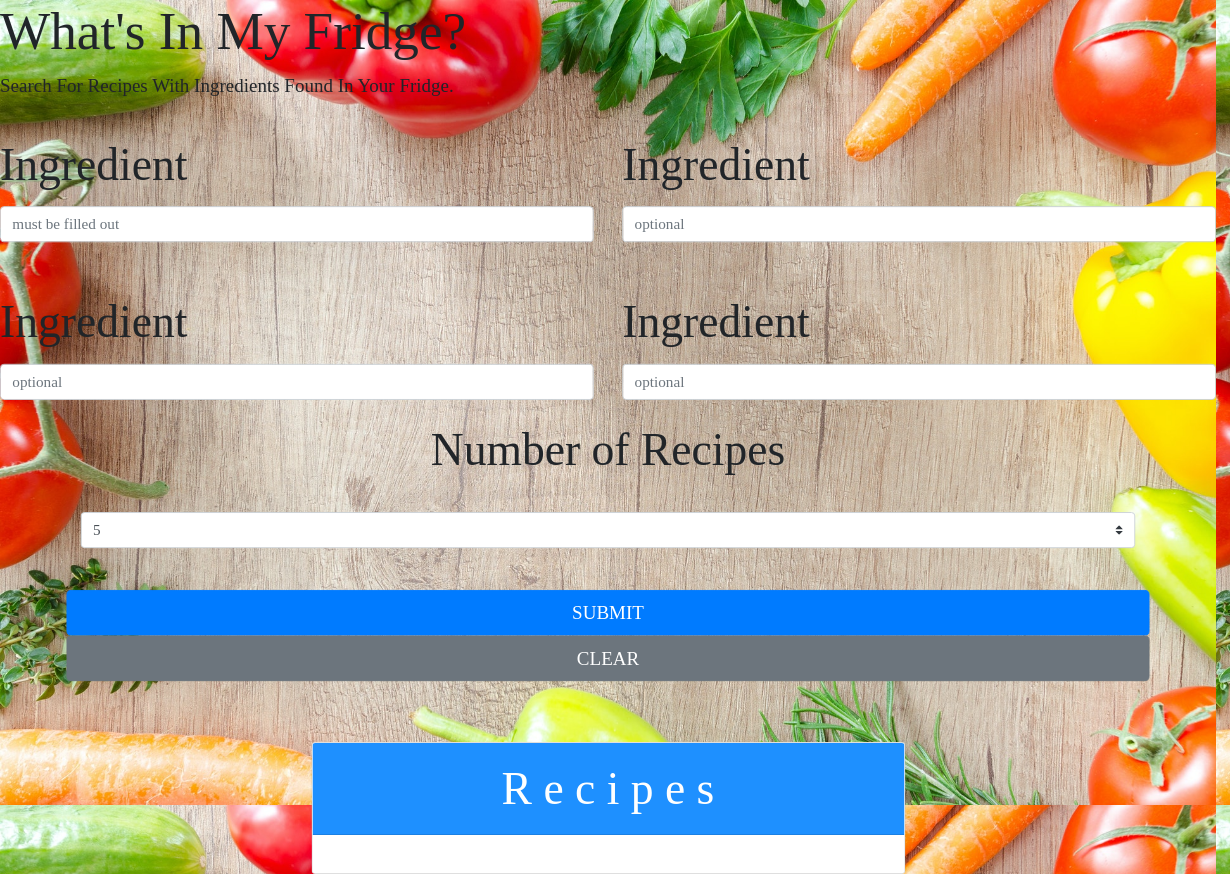
Repository: ogipajic/Recipe_API
Page: index.html
These files come from the project's save history. The page is drawn as it stood at one moment and after the next save; the edit follows.
The browser window is 1280 px wide. The page is 1295 px wide, so the pictures cover 1295 px, including what lies to the right of the window. The pictures show the whole page, at 95% of full size.
Backgrounds fixed to the window are drawn as part of the page. Some web fonts or font styles are not loaded; a fallback is used.

Above is the page before, as saved 2020-07-13 13:23:00.
Console error: SyntaxError: Unexpected end of input

After the next save:
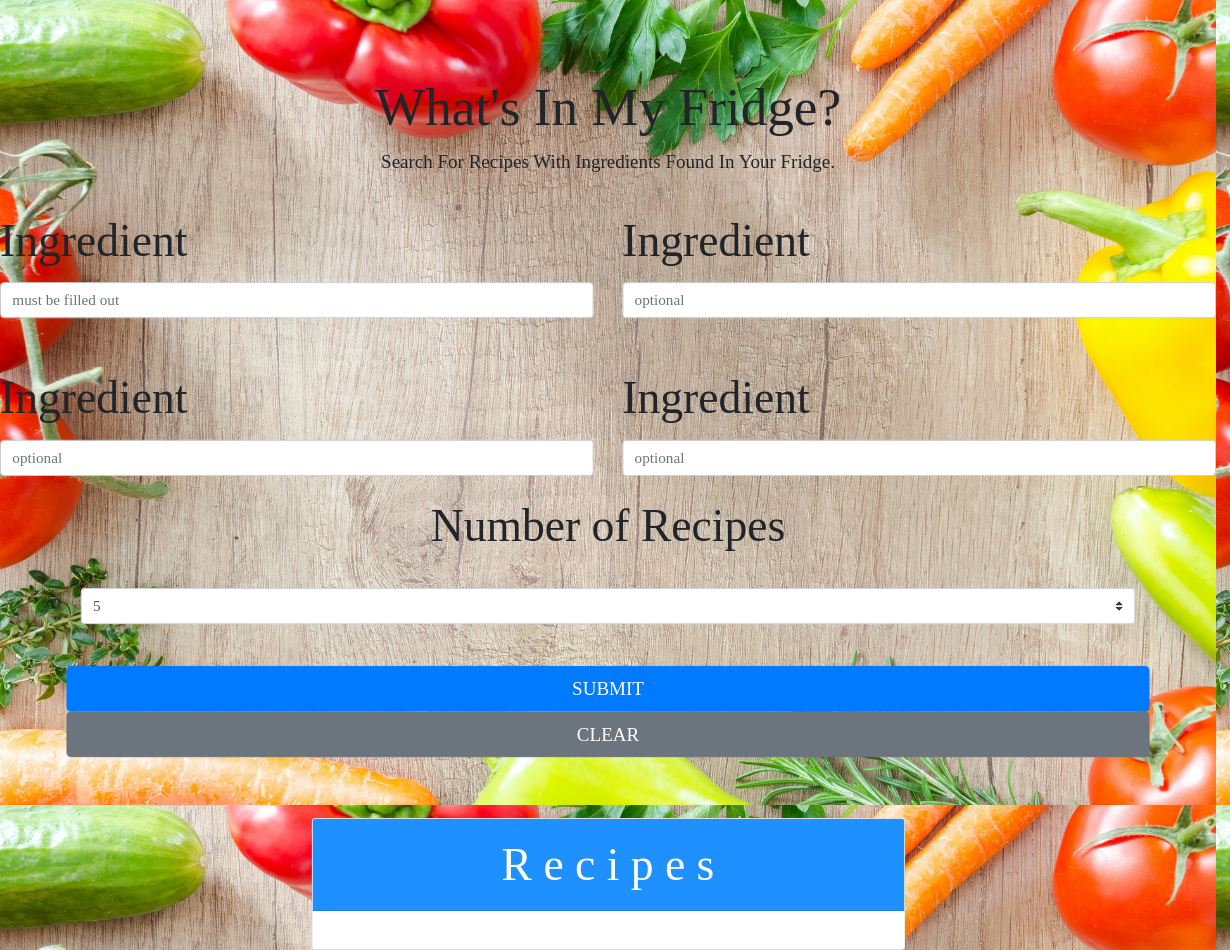
Saved 109 s later.
--- a/stylesheet.css
+++ b/stylesheet.css
@@ -10,12 +10,9 @@ body {
 }
 
 /* Font and image within jumbotron */
-.jumbotron {
+.header {
     text-align: center;
-    font-family: 'Annie Use Your Telescope', cursive;
-    background: url(Assets/agriculture-bright-cereal-close-up-547263.jpg);
-    background-position: center center;
-    background-size: cover;
+    margin-top: 5rem;
 }
 
 /* Search Results Text */
